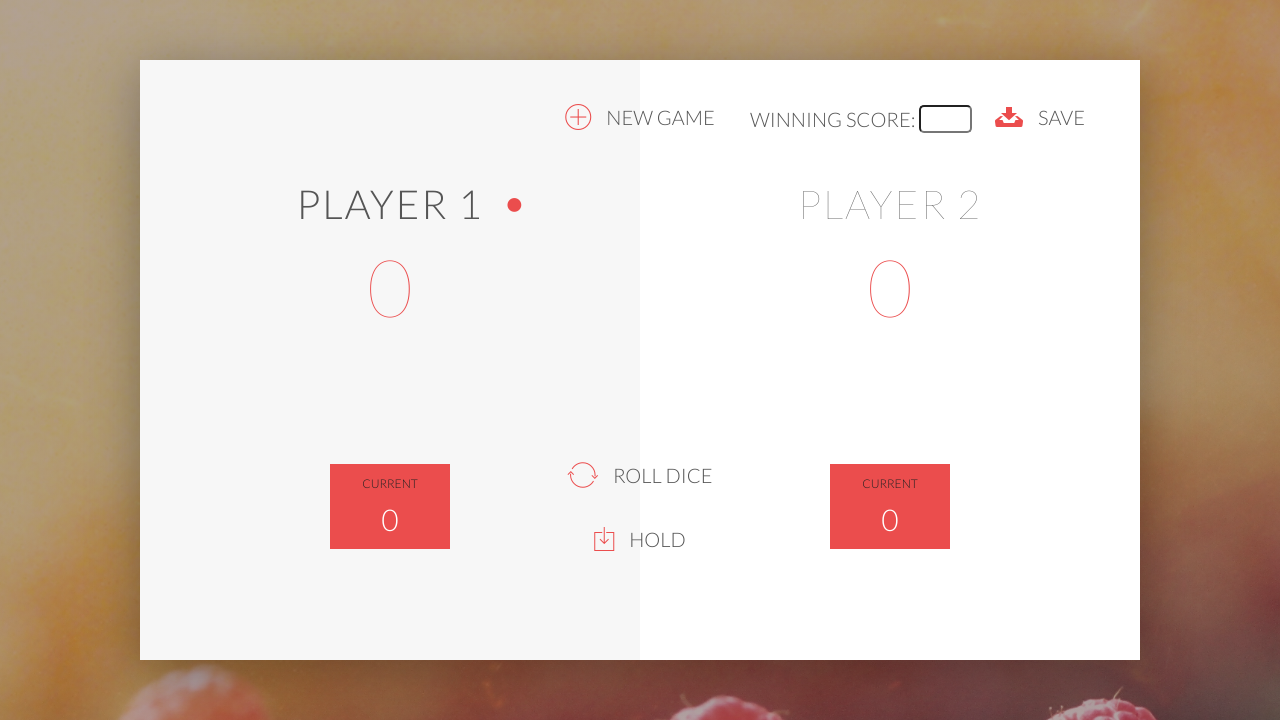
Repository: hexanek/hexanek.github.io
Page: pig-game/index.html
These files come from the project's save history. The page is drawn as it stood at one moment and after the next save; the edit follows.
The browser window is 1280 px wide. The pictures show the whole page.

Above is the page before, as saved 2019-12-18 21:57:18.
Console error: TypeError: Cannot read properties of null (reading 'value')

After the next save:
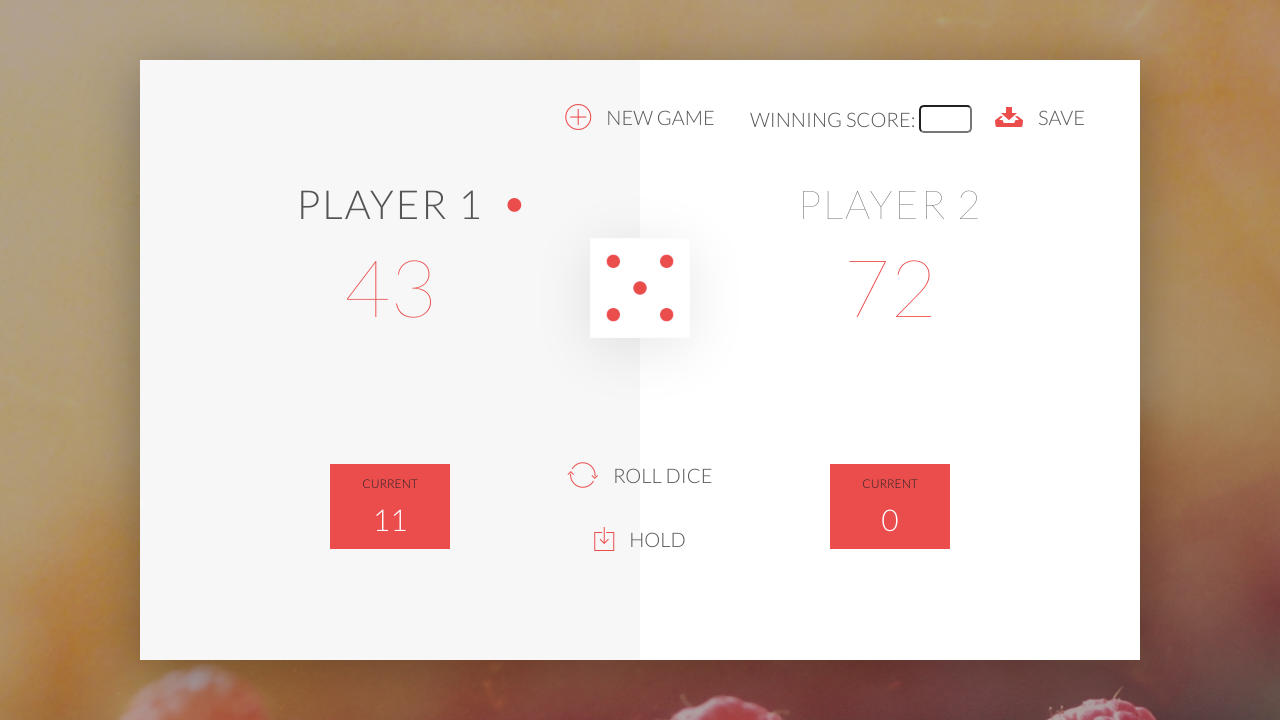
Console error: ReferenceError: index is not defined
Saved 3 min 58 s later.
--- a/pig-game/app.js
+++ b/pig-game/app.js
@@ -1,5 +1,5 @@
 
-var scores, roundScore, activePlayer, gamePlaying, doubleSix, winScore;
+var scores, roundScore, activePlayer, gamePlaying, doubleSix, winScore, oForm;
     init();
 
 
@@ -77,6 +77,7 @@
     roundScore = 0;
     activePlayer = 0;
     gamePlaying = true;
+    oForm = document.forms[index];
 
     document.querySelector('.dice').style.display = 'none';
 
@@ -92,7 +93,7 @@
     document.querySelector('.player-0-panel').classList.remove('active');
     document.querySelector('.player-1-panel').classList.remove('active');
     document.querySelector('.player-0-panel').classList.add('active');
-    winScore = document.getElementById('input-score').value;
+    winScore= oForm.elements["WinningScore"];
 
 
 }

After the 2 saves that followed:
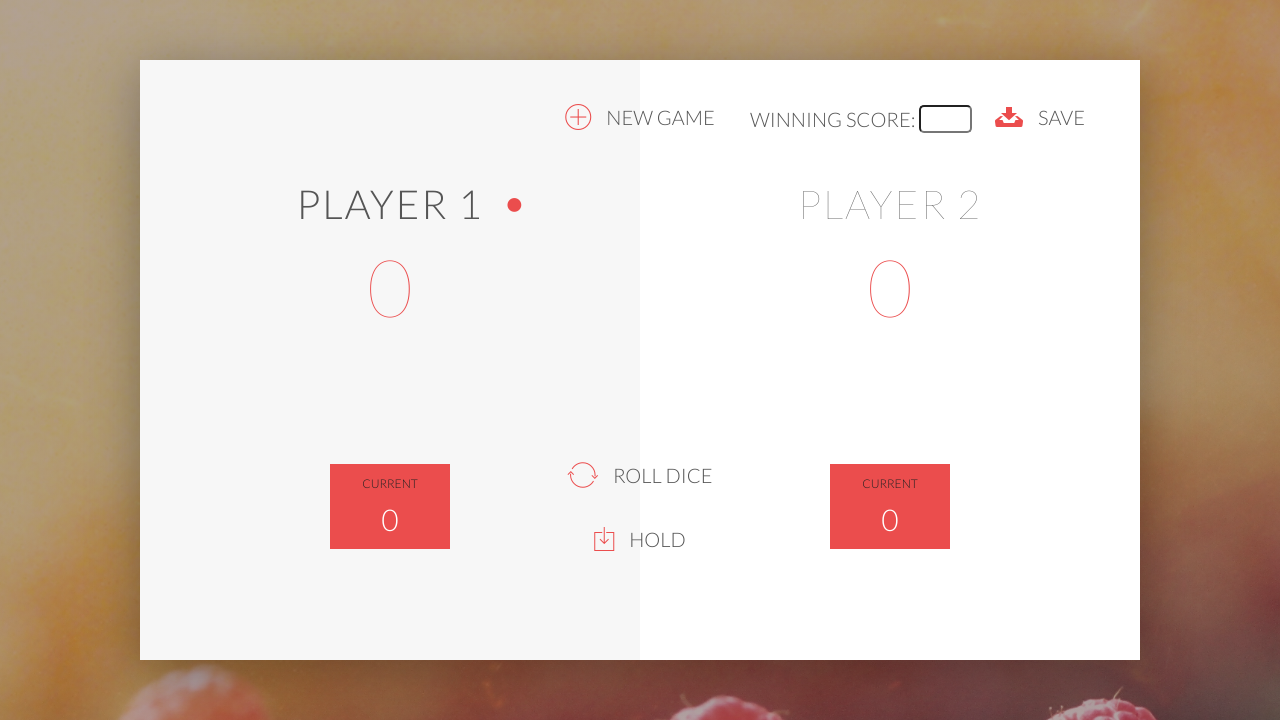
The error is gone.
The 2 saves are shown as one change because 1 left the picture as it was.
The last was saved 40 s later.
--- a/pig-game/app.js
+++ b/pig-game/app.js
@@ -77,7 +77,7 @@
     roundScore = 0;
     activePlayer = 0;
     gamePlaying = true;
-    oForm = document.forms[index];
+    oForm = document.forms[0];
 
     document.querySelector('.dice').style.display = 'none';
 
@@ -94,6 +94,7 @@
     document.querySelector('.player-1-panel').classList.remove('active');
     document.querySelector('.player-0-panel').classList.add('active');
     winScore= oForm.elements["WinningScore"];
+    console.log(winScore);
 
 
 }
